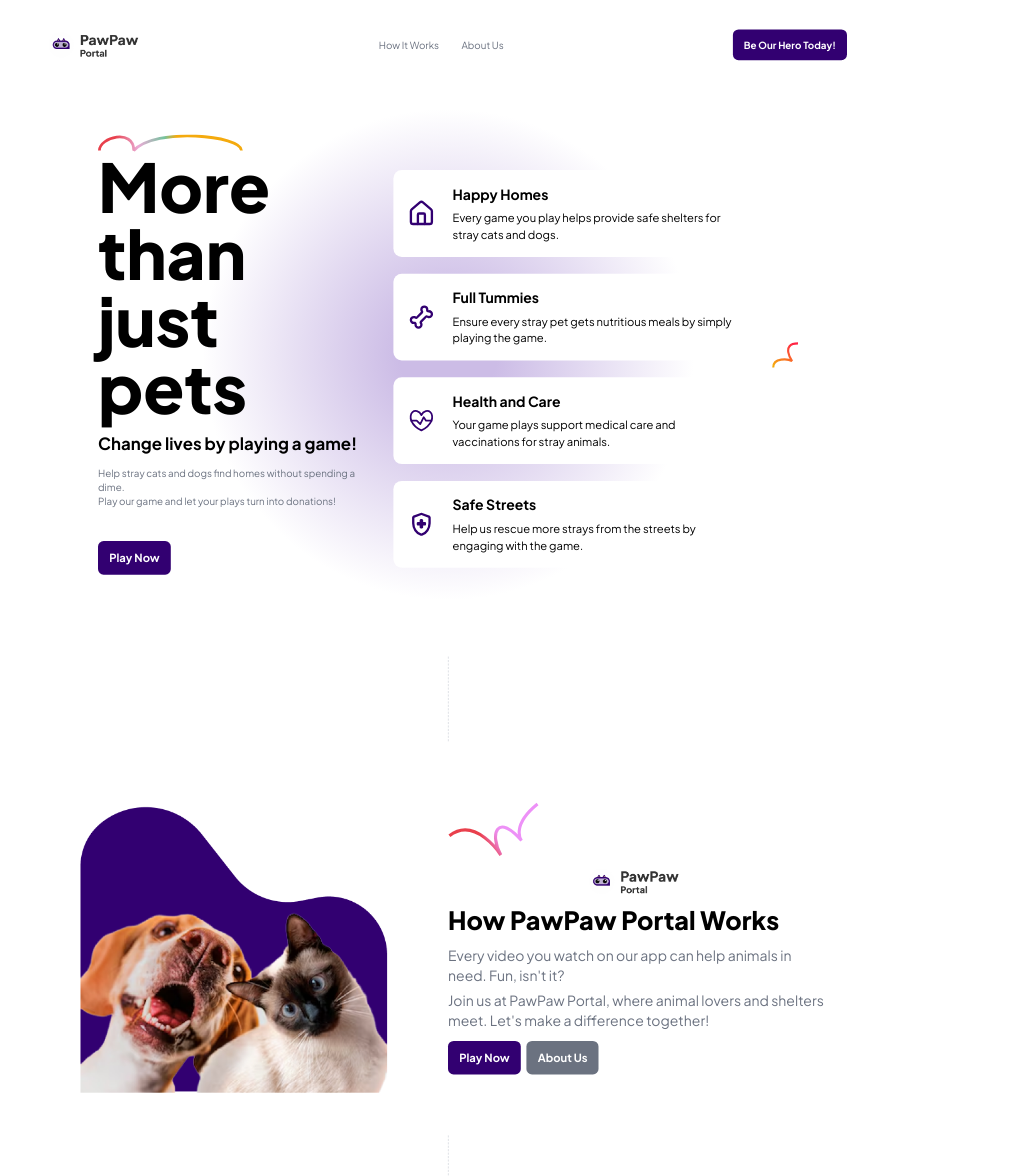
Repository: paskasiregar/pawpawwebsite
Page: /
The author's editor kept a copy of each file at every save. The page is drawn from the files as they stood at one save, then again after the next save.
The browser window is 1280 px wide. The page is 1450 px wide, so the pictures cover 1450 px, including what lies to the right of the window. The pictures show the part of the page from y = 0 to 1680 px (the page is 3234 px tall), at 70% of full size.
The project was rebuilt for these pictures with package versions that can differ from the ones it lists, and the page was loaded fresh each time. The framework's server and built-in components were replaced by stand-ins that run in the browser. Also part of the build but not shown: next.config.js, next.config.mjs.

Above is the page before, as saved 2024-07-30 21:20:22.

After the next save:
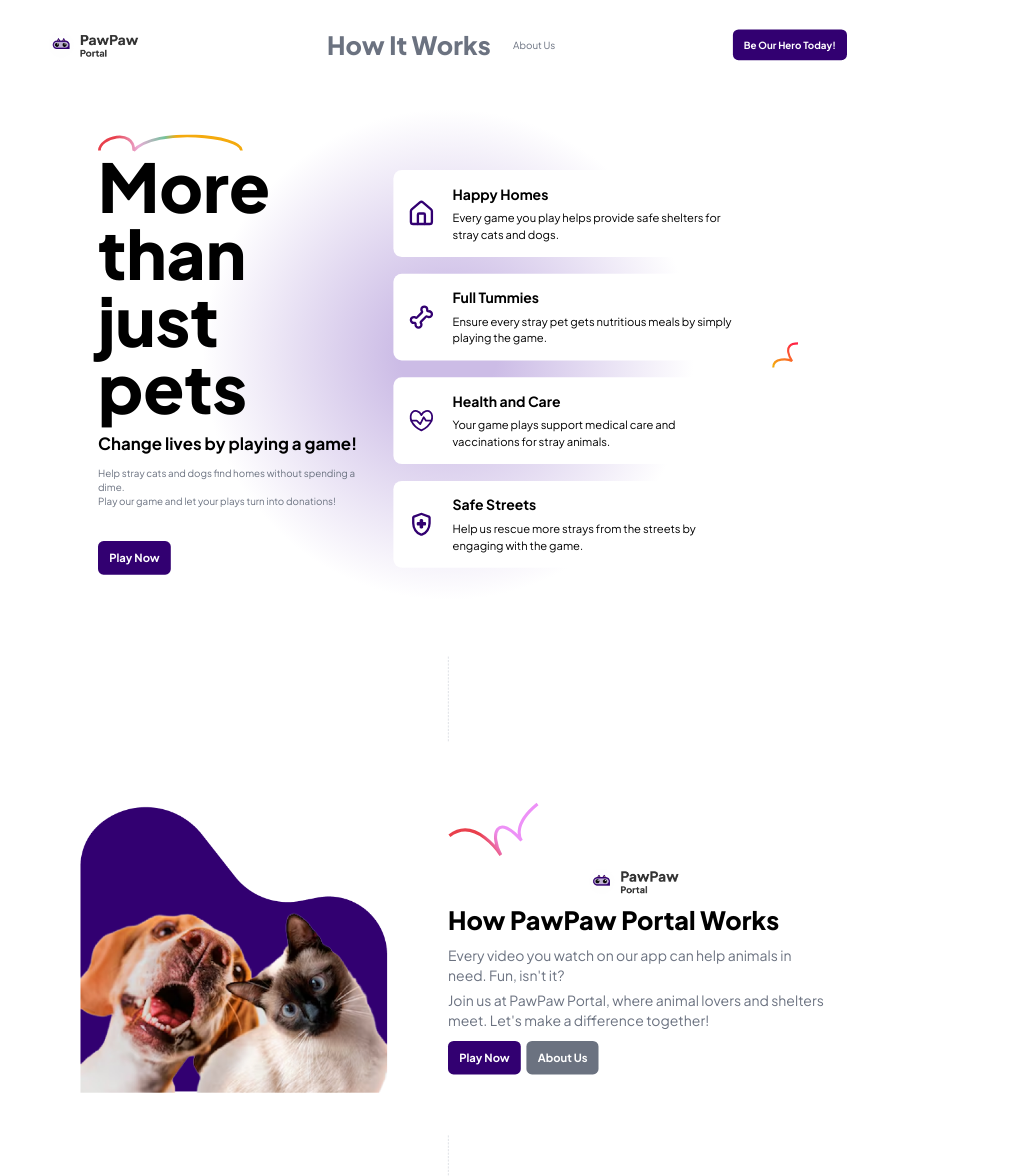
Saved 16 h 27 min later.
--- a/src/components/header.jsx
+++ b/src/components/header.jsx
@@ -19,7 +19,12 @@
             />
           </Link>
           <div className="hidden md:flex flex-row items-center justify-center gap-8">
-            <div className="relative">How It Works</div>
+            <div
+              id="how-it-works"
+              className="relative font-extrabold text-2xl md:text-4xl text-center md:text-left"
+            >
+              How It Works
+            </div>
             <div className="relative">About Us</div>
           </div>
           <div className="header-logo-button">

After the 3 saves that followed:
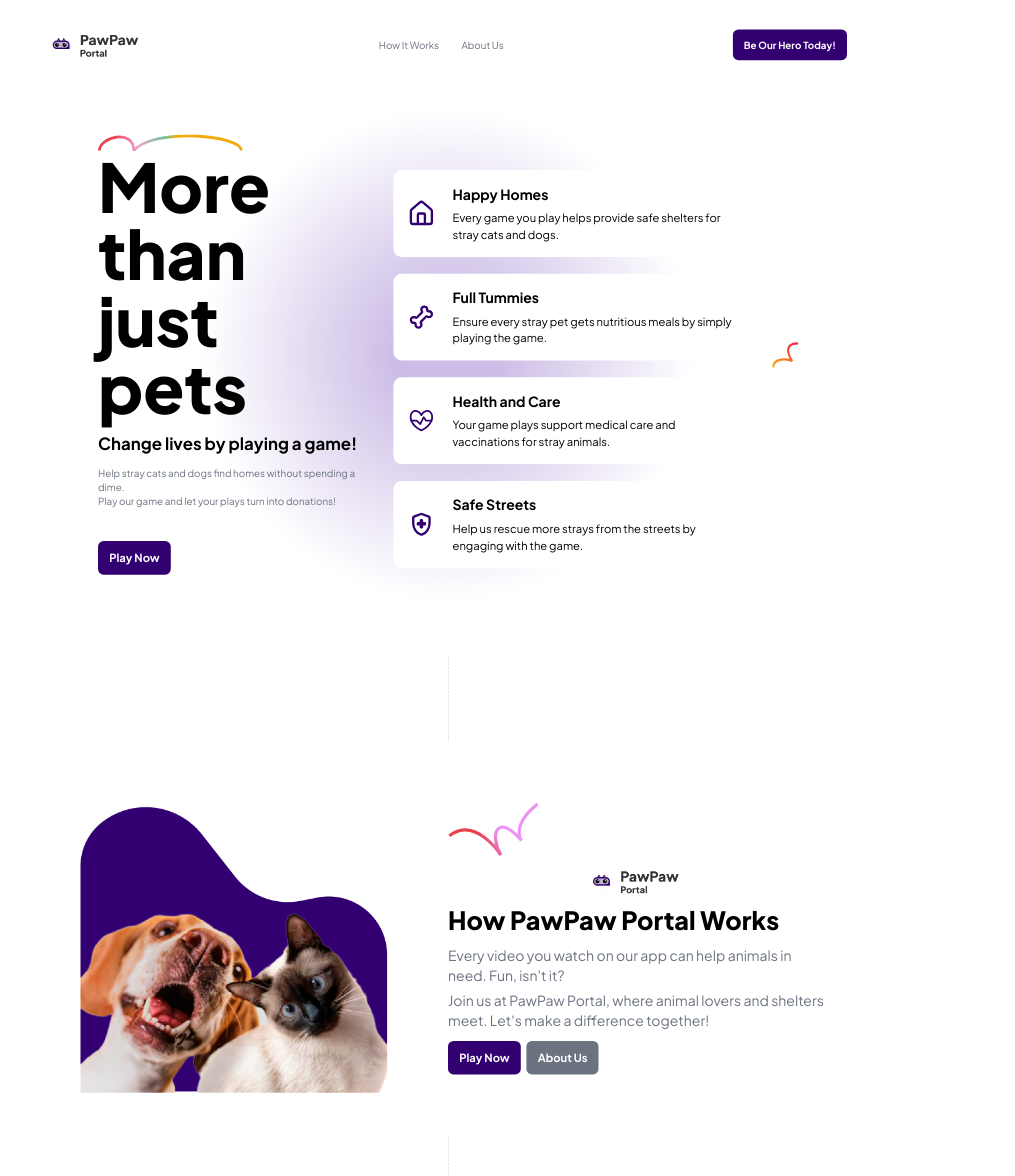
The 3 saves are shown as one change because 2 left the picture as it was.
The last was saved 8 min 1 s later.
--- a/src/app/globals.css
+++ b/src/app/globals.css
@@ -108,3 +108,7 @@ body {
   align-items: center;
   gap: 16px; /* Adjust spacing as needed */
 }
+
+html {
+  scroll-behavior: smooth;
+}
--- a/src/components/header.jsx
+++ b/src/components/header.jsx
@@ -19,11 +19,8 @@
             />
           </Link>
           <div className="hidden md:flex flex-row items-center justify-center gap-8">
-            <div
-              id="how-it-works"
-              className="relative font-extrabold text-2xl md:text-4xl text-center md:text-left"
-            >
-              How It Works
+            <div id="how-it-works" className="">
+              <a>How It Works</a>
             </div>
             <div className="relative">About Us</div>
           </div>
